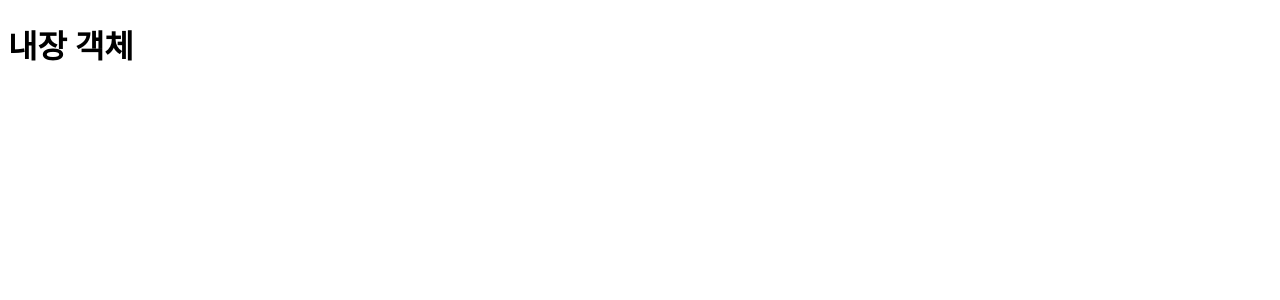
Repository: ahwaboin3/eclipse-workspace-jsp
Page: http://localhost/MustHaveJSP/RequestMain.jsp
An editor plug-in stored every save of this project. The page is shown before and after the next save, followed by the edit.
The browser window is 1280 px wide. The pictures show the whole page.
The page is served by Tomcat 10.

Above is the page before, as saved 2025-05-21 02:32:18.

After the next save:
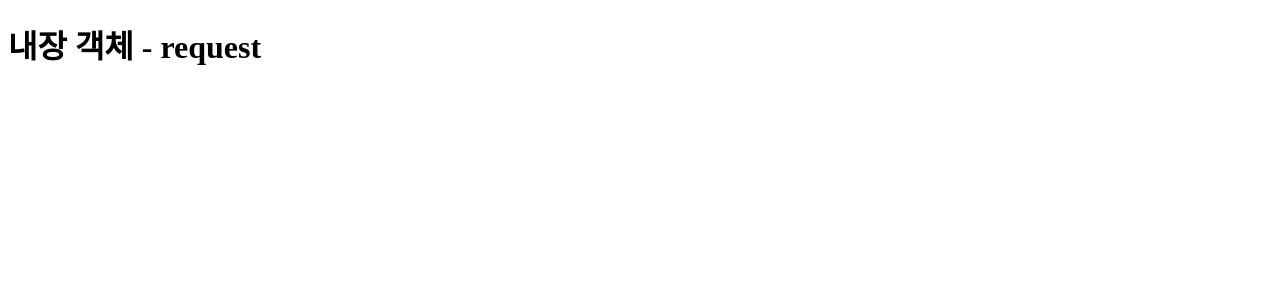
Saved 8 s later.
--- a/MustHaveJSP/src/main/webapp/RequestMain.jsp
+++ b/MustHaveJSP/src/main/webapp/RequestMain.jsp
@@ -10,6 +10,6 @@
 -->
 </head>
 <body>
-	<h1>내장 객체</h1>
+	<h1>내장 객체 - request</h1>
 </body>
 </html>
